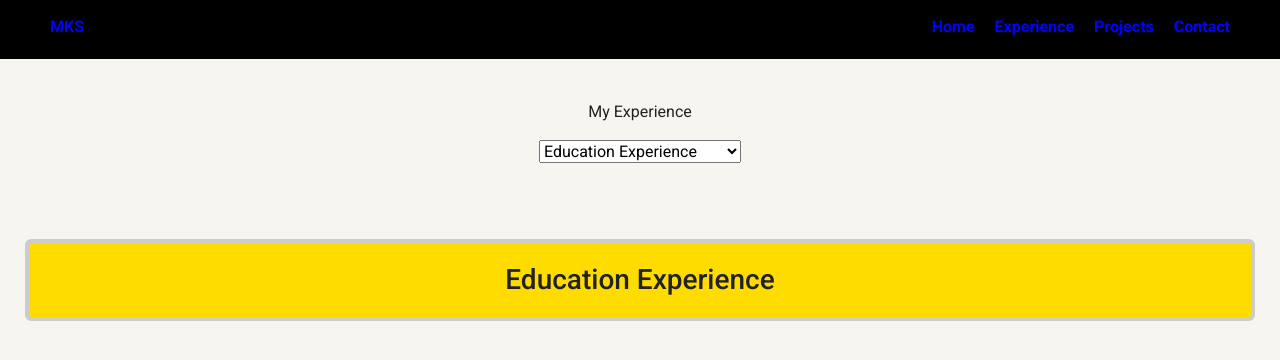
Repository: mskurnickcode/coupleDo
Page: ubuntu/pset8/homepage/experience.html
The author's editor kept a record of every edit. The page is drawn from the files as they stood at one moment, then again after the next edit.
The browser window is 1280 px wide. The pictures show the whole page.
After loading, the first visible `#selector` was changed once.
Some web fonts or font styles are not loaded; a fallback is used.

Above is the page before.

### ubuntu/pset8/homepage/experience.html
<!DOCTYPE HTML>
<html lan= "en">
    <head>
        <link href="https://stackpath.bootstrapcdn.com/bootstrap/4.5.0/css/bootstrap.min.css" rel="stylesheet">
        <link href="https://fonts.googleapis.com/css?family=Muli%7CRoboto:400,300,500,700,900" rel="stylesheet">
        <link href="styles.css" rel="stylesheet">
        <title>Experience</title>
    </head>
     <div class="main-nav">
        <ul class="nav">
          <li class="name">MKS</li>
          <li><a href="index.html">Home</a></li>
          <li><a href="experience.html">Experience</a></li>
          <li><a href="projects.html">Projects</a></li>
          <li><a href="contact">Contact</a></li>
        </ul>
    </div>
    <div>
        <header class="below-nav">
            <p>
                My Experience
            </p>
        <select id="selector">
            <option value="initial" selected>Please Select an Option</option>
            <option value="education">Education Experience</option>
            <option value="ua">UA Experience</option>
            <option value="real estate">Real Estate Experience</option>
            <option value="programming">Programming Experience</option>
        </select>
        <main>
            <div class = "h3 experience" id = "experience">
                <p> Relevant Experience </p>
            </div>
        </main>
        </header>
    </div>
    <script>
        let selector = document.querySelector('select');
        var x = document.getElementById('selector').value;
        selector.onchange = function() {
                document.querySelector('#experience').innerHTML = "Education Experience";
        }
    </script>

</html>

### ubuntu/pset8/homepage/styles.css
* {
  box-sizing: border-box;
}

body {
  margin: 0;
  padding: 0;
  text-align: center;
  font-family: 'Roboto', sans-serif;
  color: #222;
  background: #f7f5f0;
}

/* Link Styles */

a {
  text-decoration: none;
}
a:hover {
  color: #6633ff;
}

/* Section Styles */

.main-nav {
  width: 100%;
  background: black;
  min-height: 30px;
  padding: 10px;
  position: fixed;
  text-align: center;
}
.nav {
  display: flex;
  justify-content: space-around;
  font-weight: 700;
  list-style-type: none;
  margin: 0 auto;
  padding: 0;
  color: blue;
}
.nav .name {
  display: none;
  color: blue;
}
.nav li {
  padding: 5px 10px 10px 10px;
  color: blue;
}
.nav a {
  transition: all .5s;
  color: blue;
}
.nav a:hover {
  color: white
}

header {
  text-align: center;
  background-size: cover;
  overflow: hidden;
  padding-top: 60px;
}
header {
  line-height: 1.5;
}
header .profile-image {
  margin-top: 25px;
  margin-bottom: 10px;
  width: 150px;
  height: 150px;
  border-radius: 50%;
  border: 3px solid white;
  transition: all .5s;
}
header .profile-image:hover {
  transform: scale(1.2) rotate(360deg);
}
.tag {
  background-color: blue;
  color: black;
  padding: 25px;
  border-radius: 5px;
  display: table;
  margin: 10px auto;
}

.location {
  background-color: #222;
  color: white;
}
.card {
  margin: 30px;
  padding: 20px 40px 40px;
  max-width: 500px;
  text-align: left;
  background: #fff;
  border-bottom: 4px solid #ccc;
  border-radius: 6px;
}
.card:hover {
  border-color: #ff99ff;
}

ul.skills {
  padding: 0;
  text-align: center;
}

.skills li {
  border-radius: 6px;
  display: inline-block;
  background: #ff9904;
  color: white;
  padding: 5px 10px;
  margin: 2px;
}

.skills li:hover {
  transform: scale(1.25);
}

.skills li:nth-child(odd) {
  background: #0399ff;
}

footer {
  width: 100%;
  min-height: 30px;
  padding: 20px 40px 20px;
}

footer .copyright {
  padding: 20px 40px 20px;
  top: -8px;
  font-size: .75em;
  text-align:center;
  display: inline-block;
}

footer ul {
  margin: 10;
  padding: 25;
  display: inline-block;
}

footer ul li {
  padding: 20px 40px 20px;
  display: inline-block;
}

a.social {
  display: inline-block;
  text-indent: -9999px;
  margin-left: 5px;
  width: 30px;
  height: 30px;
  background-size: 30px 30px;
  opacity: .5;
  transition: all .25s;
}
.twitter {
  background-image: url(images/twitter.svg);
}
.linkedin {
  background-image: url(images/linkedin.svg);
}
.github {
  background-image: url(images/github.svg);
}
a.social:hover {
  opacity: 1;
}
.clearfix {
  clear: both;
}

/* Styles for larger screens */
@media screen and (min-width: 720px) {

  .flex {
      display: flex;
      max-width: 1200px;
      justify-content: space-around;
      margin: 0 auto;
  }

  header {
    min-height: 450px;
  }

  .nav {
    max-width: 1200px;

  }

  .nav .name {
    display: block;
    margin-right: auto;
    color: blue;
  }

  main {
    padding-top: 50px;
  }

  main p {
    line-height: 1.6em;
  }

  footer {
    font-size: 1.3em;
    max-width: 1200px;
    margin: 40px auto;
    text-align:center;
    display: inline;
  }

}

h3 {
color: red;
  letter-spacing: 5px;


}

.card-title {
text-align: center;
  border: solid black 3px;
  border-radius: 10px;
}

.submit {
  padding-top: 100px;
  max-width: 500px;
  display: inline;
  text-align: center;
  border-radius: 6px;
}

buttons {
  margin-top:100px;
  padding-top: 100px;
  text-align: center;
  border-radius: 6px;
}

.below-nav {
  text-align: center;
  padding-top: 100px ;
}

.experience {
   background-color: #FFDC00;
  margin: 25px;
  padding: 20px 40px 20px;
  border: 4px solid #ccc;
  border-radius: 6px;
}

After the next edit:
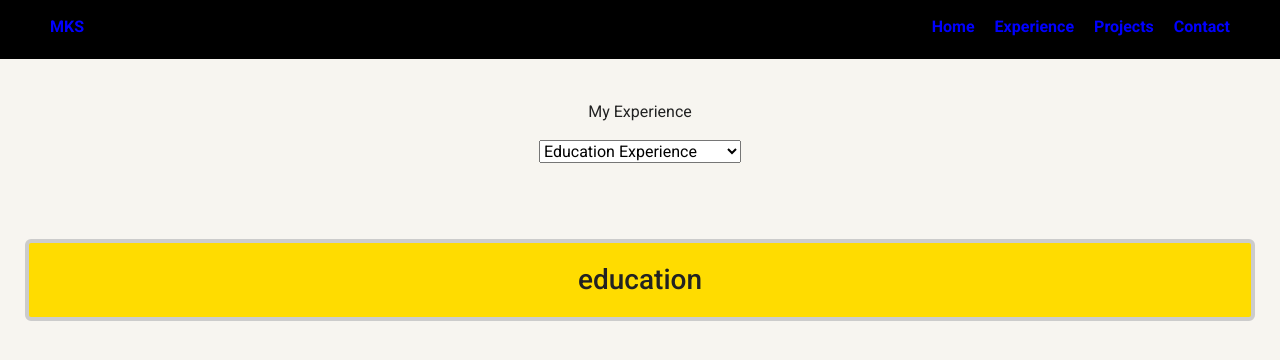
The edit:
--- a/ubuntu/pset8/homepage/experience.html
+++ b/ubuntu/pset8/homepage/experience.html
@@ -36,9 +36,9 @@
     </div>
     <script>
         let selector = document.querySelector('select');
-        var x = document.getElementById('selector').value;
+        var x = document.getElementById('selector').text;
         selector.onchange = function() {
-                document.querySelector('#experience').innerHTML = "Education Experience";
+                document.querySelector('#experience').innerHTML = this.value;
         }
     </script>
 
